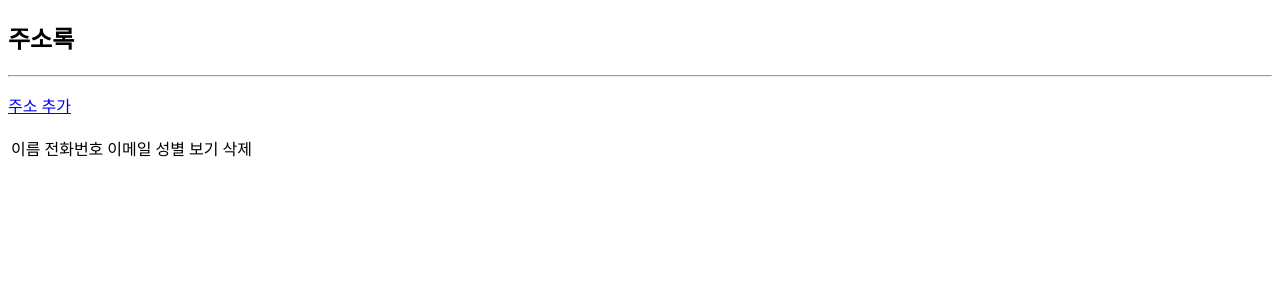
Repository: kiyongee2/kh-jsp
Page: http://localhost/AddressBook/address_book/addrView.jsp
An editor plug-in stored every save of this project. The page is shown before and after the next save, followed by the edit.
The browser window is 1280 px wide. The pictures show the whole page.
The page is served by Tomcat 9.

Above is the page before, as saved 2023-11-21 15:08:59.

After the next save:
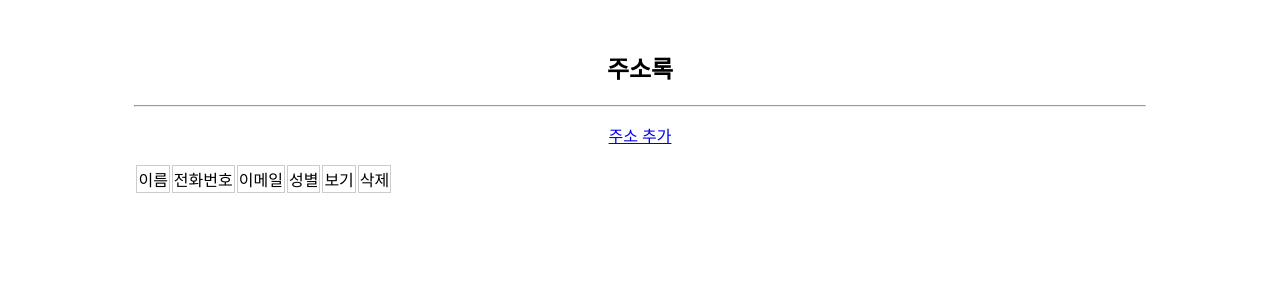
Saved 93 s later.
--- a/AddressBook/src/main/webapp/address_book/addrView.jsp
+++ b/AddressBook/src/main/webapp/address_book/addrView.jsp
@@ -1,11 +1,14 @@
 <%@page import="address.AddrBook"%>
 <%@ page language="java" contentType="text/html; charset=UTF-8"
     pageEncoding="UTF-8"%>
+<% request.setCharacterEncoding("utf-8"); %>
 <!DOCTYPE html>
 <html>
 <head>
 <meta charset="UTF-8">
 <title>주소록 목록</title>
+<link rel="stylesheet" href="../resources/css/style.css">
+
 </head>
 <jsp:useBean id="abDAO" class="address.AddrBookDAO" scope="application" />
 <body>
